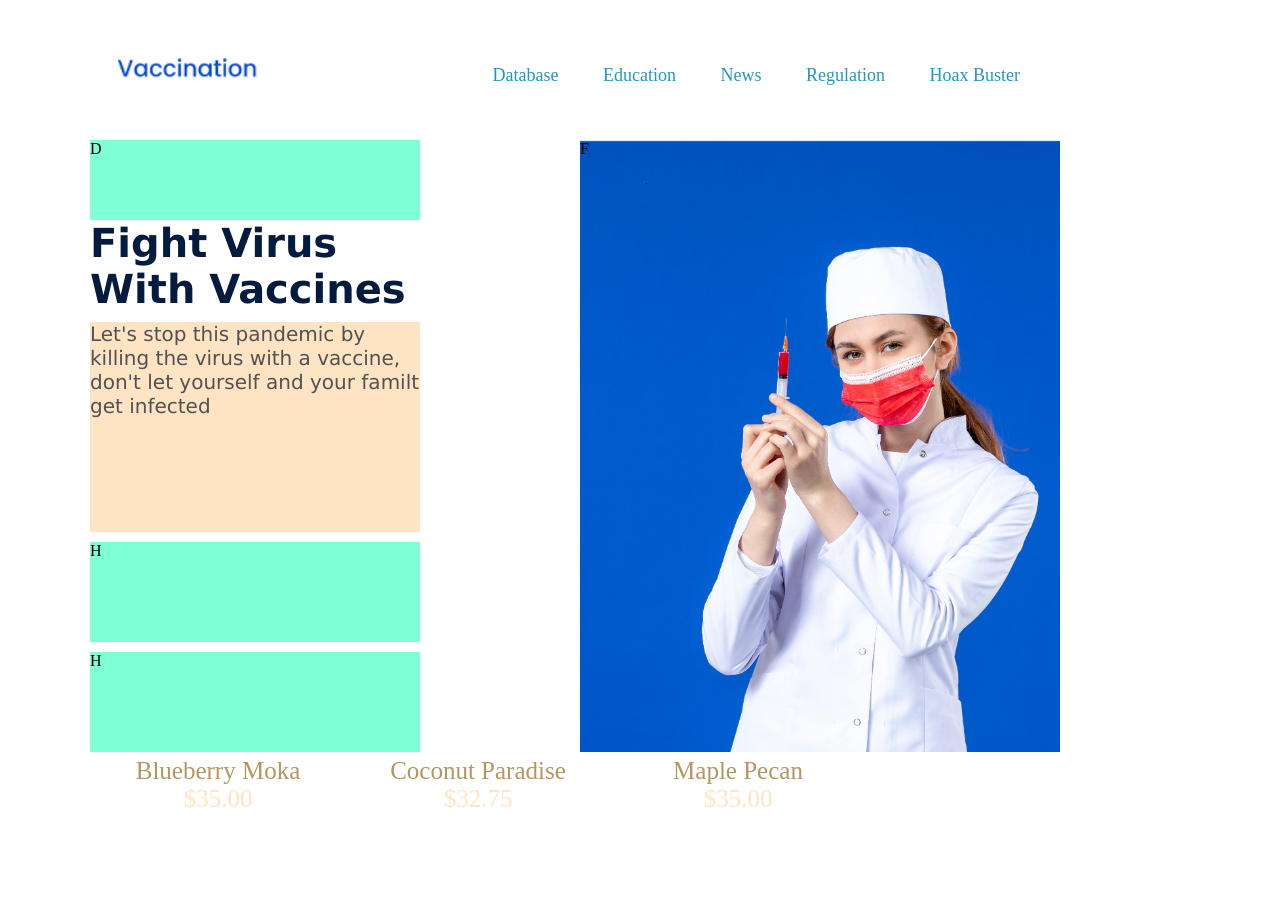
Repository: roge64/cssfrontend
Page: index.html
These files come from the project's save history. The page is drawn as it stood at one moment and after the next save; the edit follows.
The browser window is 1280 px wide. The pictures show the part of the page from y = 0 to 912 px (the page is 2228 px tall).
A picture or video elsewhere on the page could not be fetched, so the positions and the page height are approximate.

Above is the page before, as saved 2022-03-10 12:35:28.

After the next save:
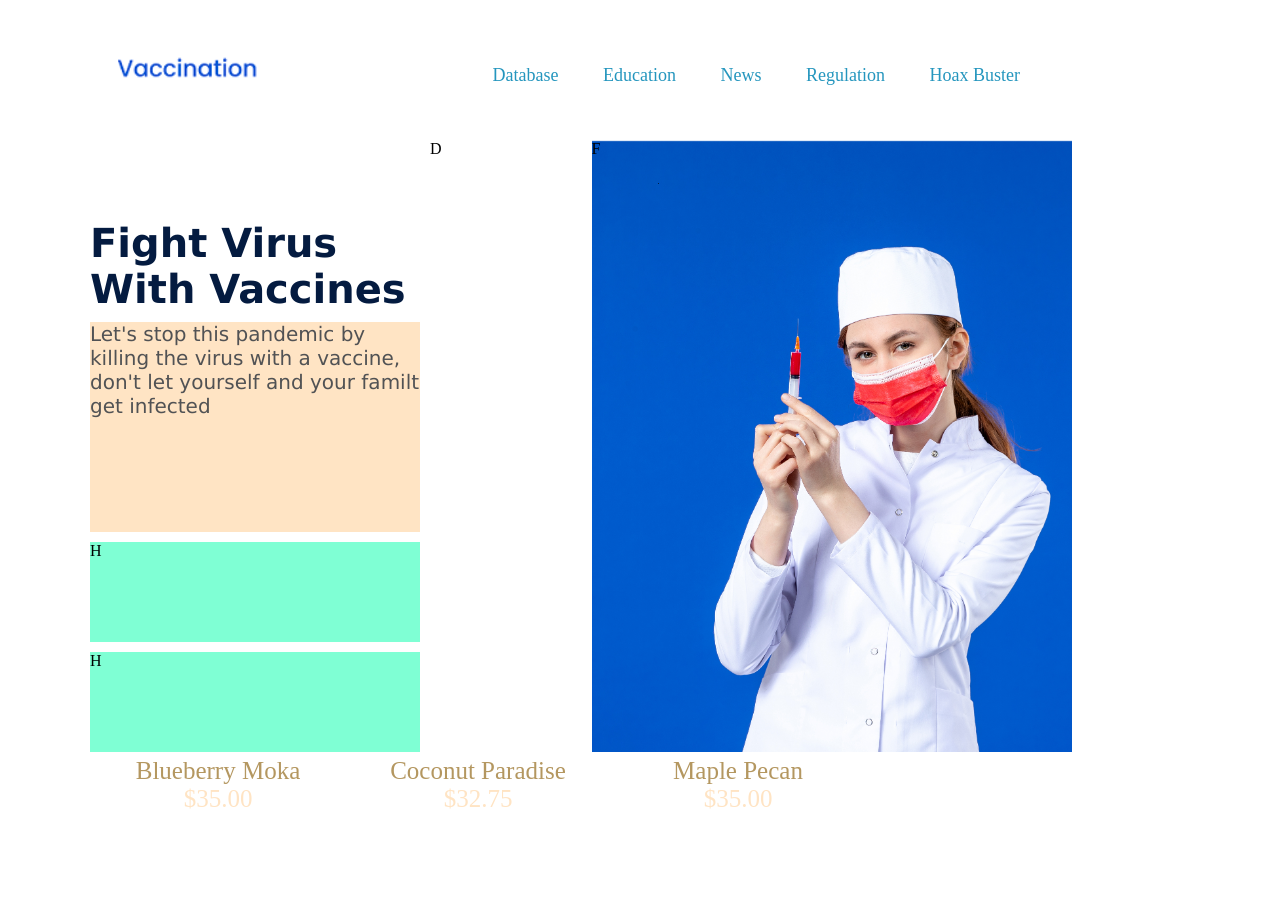
Saved 30 s later.
--- a/estilos/estilos.css
+++ b/estilos/estilos.css
@@ -258,11 +258,6 @@
 
 }
 
-.d {
-    grid-column: 1 / 35;
-    grid-row: 1 / 1;
-    background-color:aquamarine;
-  }
 .wrapper {
     display: grid;
     grid-template-columns: repeat(1, 1fr);
